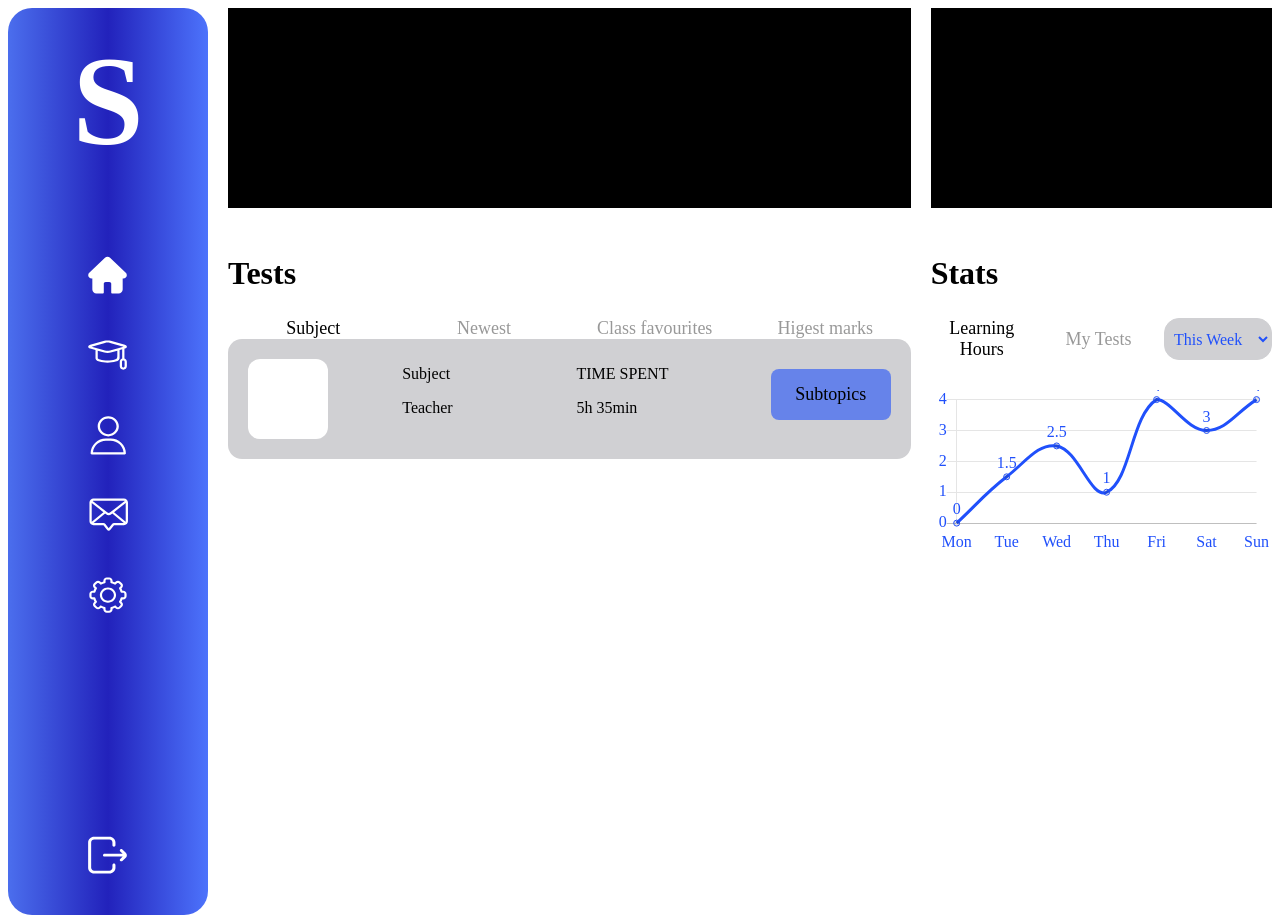
Repository: rafalzacher1/smartify-interface
Page: home.html
An editor plug-in stored every save of this project. The page is shown before and after a run of saves, followed by the edit.
The browser window is 1280 px wide. The pictures show the whole page.
The pointer rests on the first visible `#subtopics`.
Some web fonts or font styles are not loaded; a fallback is used. Some web libraries are served in a nearby version.

Above is the page before, as saved 2022-06-30 11:31:42.

After the next 2 saves:
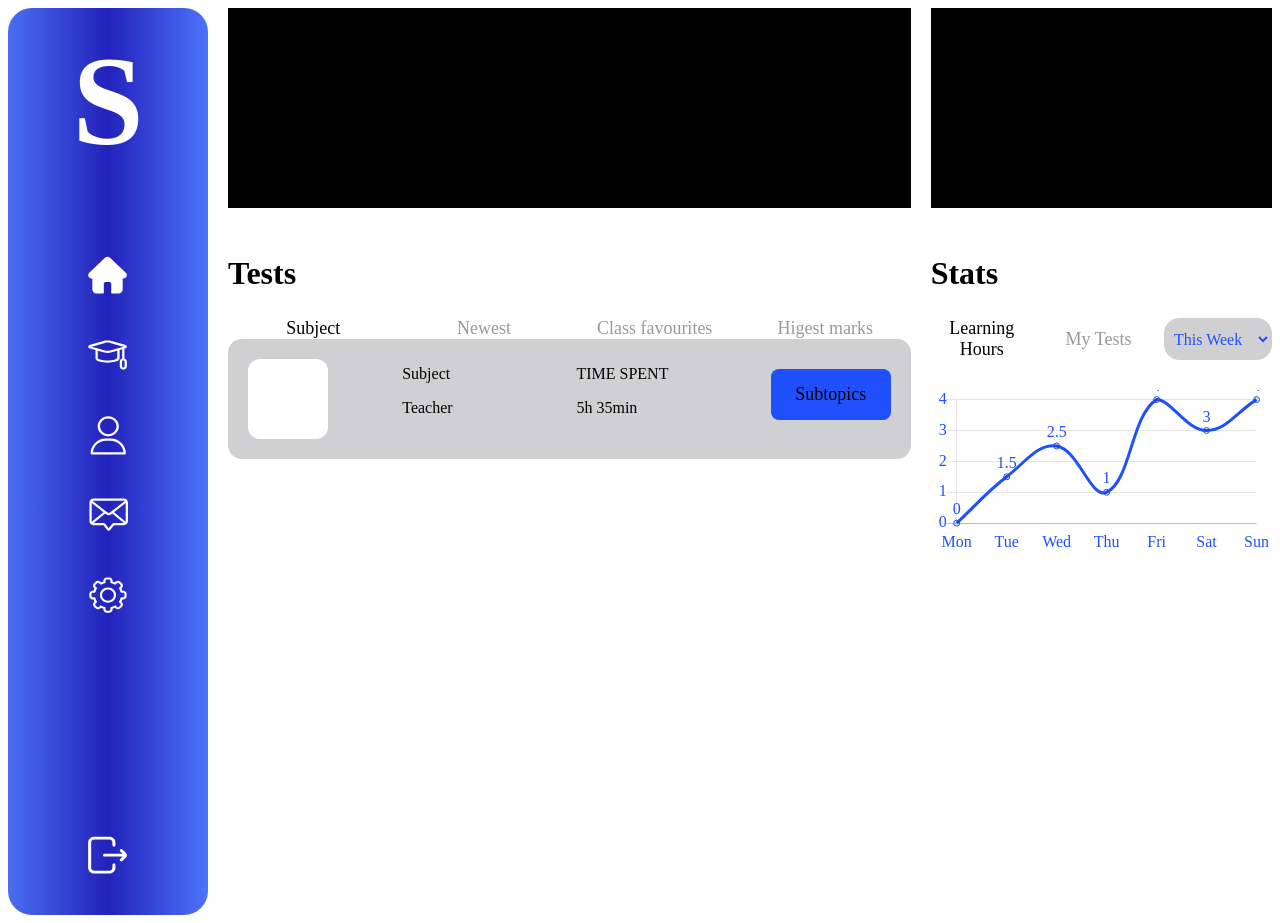
The 2 saves are shown as one change because they came seconds apart.
The last was saved 6 s later.
--- a/styles/tests.css
+++ b/styles/tests.css
@@ -66,5 +66,5 @@ input[type="reset"] {
 }
 
 #subtopics:hover {
-
+    background-color: rgba(32, 80, 251, 1);
 }
